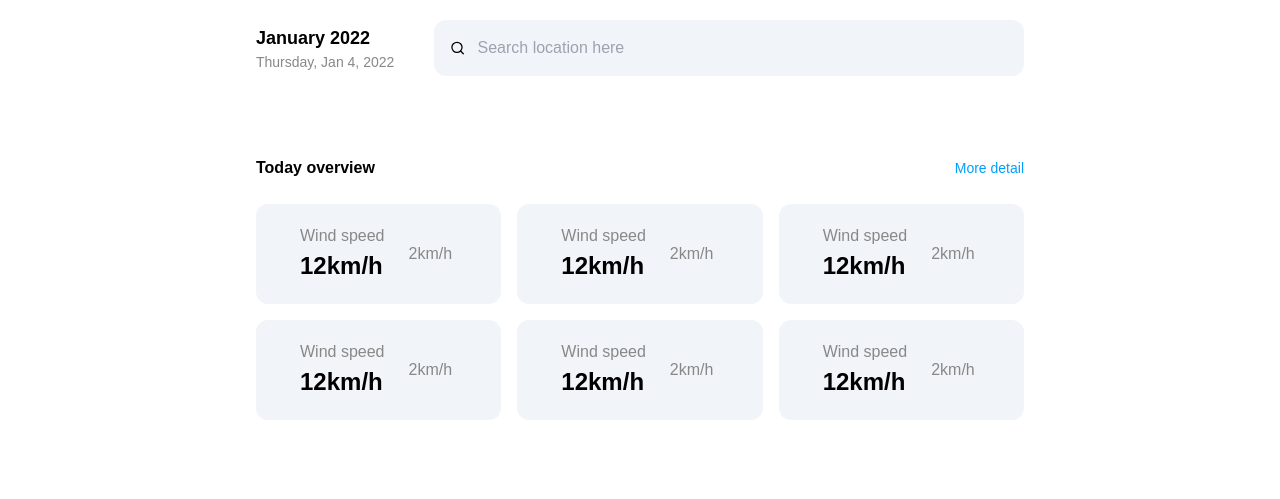
Repository: theweirdboiz/datawarehouse-ui
Page: /
These files come from the project's save history. The page is drawn as it stood at one moment and after the next save; the edit follows.
The browser window is 1280 px wide. The pictures show the whole page.
The project was rebuilt for these pictures with package versions that can differ from the ones it lists, and the page was loaded fresh each time. Also part of the build but not shown: vite.config.js.

Above is the page before, as saved 2022-11-23 16:32:34.

After the next save:
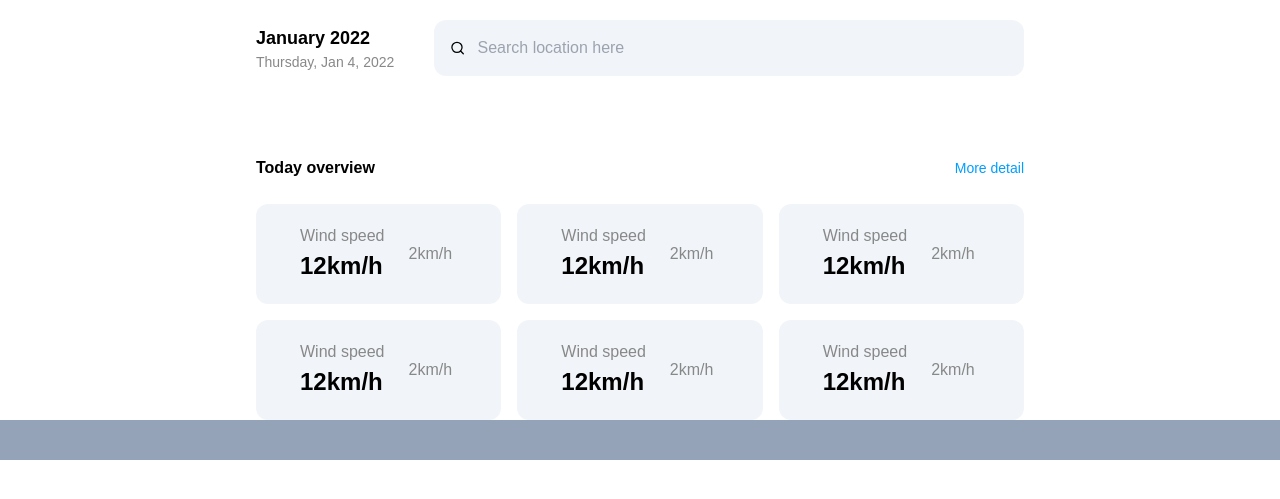
Saved 2 min 8 s later.
--- a/src/App.jsx
+++ b/src/App.jsx
@@ -90,6 +90,11 @@ function App() {
             </div>
           </div>
         </section>
+        <section className="content__right">
+          <div className="bg-slate-400 p-5">
+            <div className=""></div>
+          </div>
+        </section>
       </div>
     </div>
   );
